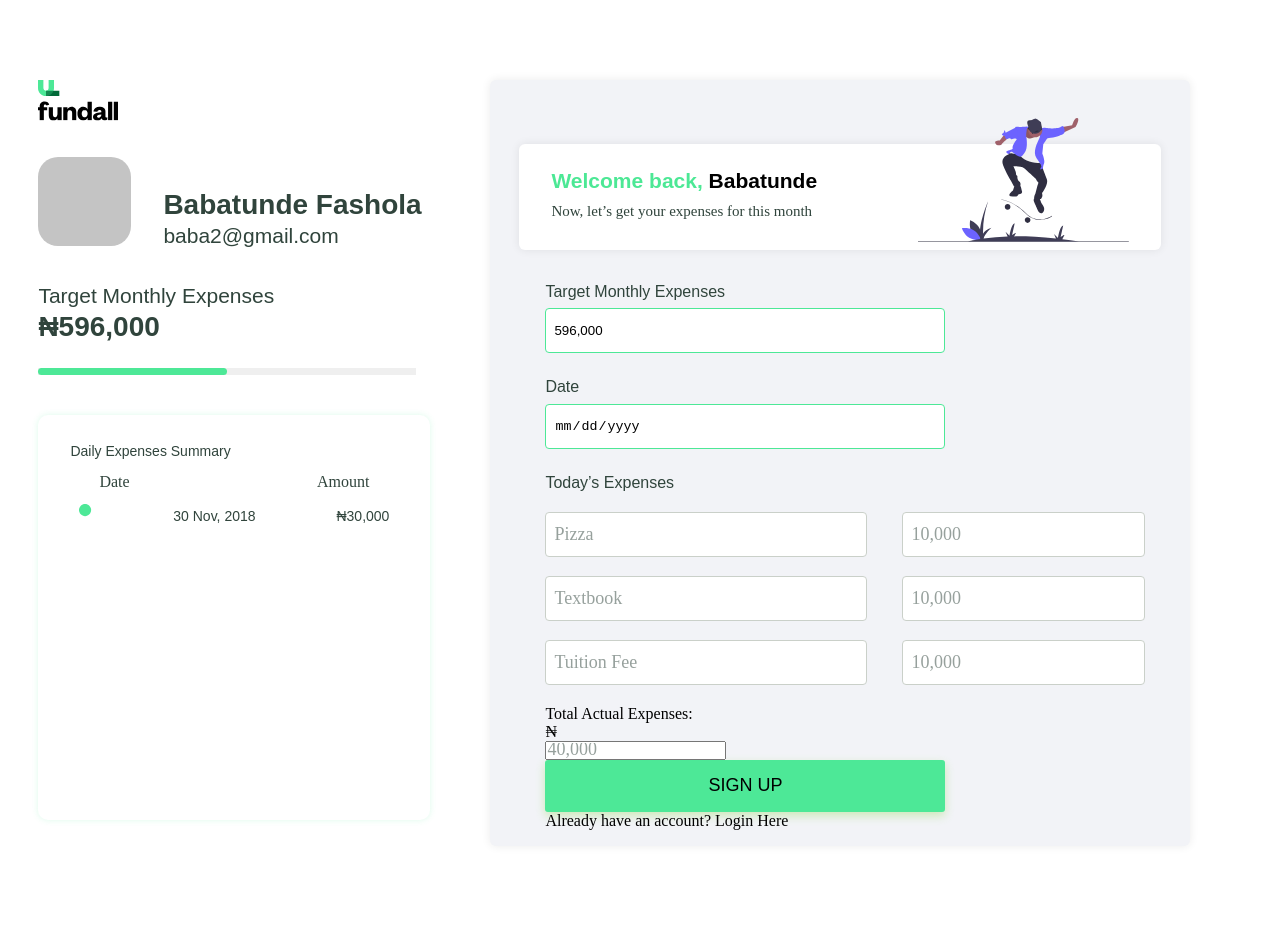
Repository: nilesjamex/niffty
Page: /dashboard
An editor plug-in stored every save of this project. The page is shown before and after the next save, followed by the edit.
The browser window is 1280 px wide. The pictures show the whole page.
The project was rebuilt for these pictures with package versions that can differ from the ones it lists, and the page was loaded fresh each time. Also part of the build but not shown: src/components/Nav.vue, src/views/Home.vue, src/views/SignUp.vue, src/views/Login.vue.

Above is the page before, as saved 2022-04-17 10:38:37.

### src/main.js
import { createApp } from 'vue'
import App from './App.vue'
import router from './router'
import '@/styles/global.scss'

createApp(App).use(router).mount('#app')

### src/App.vue
<template>

  <router-view/>
</template>
<script>
// @ is an alias to /src

export default {
  components: {
  }
}
</script>
<style lang="scss">


#nav {
  padding: 30px;

  a {
    font-weight: bold;
    color: #2c3e50;

    &.router-link-exact-active {
      color: #42b983;
    }
  }
}
</style>

### src/router/index.js
import { createRouter, createWebHistory } from 'vue-router'
import Home from '../views/Home.vue';
import SignUp from '../views/SignUp.vue';
import Login from '../views/Login.vue';
import Dashboard from '../views/Dashboard.vue';

const routes = [
  {
    path: '/',
    name: 'Home',
    component: Home
  },
  {
    path: '/signup',
    name: 'signup',
    component: SignUp
  },
  {
    path: '/login',
    name: 'login',
    component: Login
  },
  {
    path: '/dashboard',
    name: 'dashboard',
    component: Dashboard
  }
]

const router = createRouter({
  history: createWebHistory(process.env.BASE_URL),
  routes
})

export default router

### src/styles/global.scss
@import './variables';
@import './mixins.scss';
@import './_typography.scss';
* {
    margin: 0;
    padding: 0;
    box-sizing: border-box;
    max-width: 100vw;
}
@font-face {
    font-family: "CircularStd";
    src: local(CircularStd) url(../fonts/circular-std-medium-500.ttf) format(opentype);
}
input {
    outline: none;
}
button {
    border: none;
    outline: none;
}
a {
    color: inherit;
    text-decoration: none;
}
li {
    list-style: none;
}
.button--signup {
    width: 98.01px;
    height: 42px;
    background: $access-bg;
    border-radius: 10px;
    @include flex(center, center);
    @include access {

    }
}
.button--submit {
    width: 400px;
    height: 52px;
    background: #4DE897;
    box-shadow: 0px 4px 10px rgba(118, 212, 45, 0.3);
    border-radius: 3px;
    @include flex(center, center);
    @include access;
}

### src/views/Dashboard.vue
<template>
   <section class="signup">
      <div class="signup--box">
          <div class="signup--intro">
              <div class="signup--intro--logo">
                  <img src="@/assets/logo.svg" alt="">
              </div>
              <div class="signup--intro--content">
                  <div class="signup--intro--content--profile">
                    <div class="signup--intro--content--profile--image">
                      <img src="@/assets/pfp.svg" alt="">
                    </div>
                    <div class="signup--intro--content--profile--text">
                      <h4>
                        Babatunde Fashola
                      </h4>
                      <p>
                        baba2@gmail.com
                      </p>
                    </div>
                  </div>
                  <div class="signup--intro--content--expense">
                    <p>
                      Target Monthly Expenses
                    </p>
                    <h2>
                      ₦596,000
                    </h2>
                    <div class="percent">
                      <div class="line1"></div>
                      <div class="line2"></div>
                    </div>
                  </div>
                  <div class="signup--intro--content--tab">
                    <p>
                      Daily Expenses Summary
                    </p>
                    <div class="signup--intro--content--tab--summary">
                      <div class="signup--intro--content--tab--summary--heading">
                        <p>Date</p>
                      <p>Amount</p>
                      </div>
                      <div class="signup--intro--content--tab--summary--content">
                        <svg width="13" height="13" viewBox="0 0 13 13" fill="none" xmlns="http://www.w3.org/2000/svg">
<path fill-rule="evenodd" clip-rule="evenodd" d="M6.06372 12.1274C9.41262 12.1274 12.1274 9.41262 12.1274 6.06372C12.1274 2.71482 9.41262 0 6.06372 0C2.71482 0 0 2.71482 0 6.06372C0 9.41262 2.71482 12.1274 6.06372 12.1274Z" fill="#4DE897"/>
</svg>
                        <p>30 Nov, 2018</p>
                      <p>₦30,000</p>
                      </div>
                    </div>
                  </div>
              </div>
          </div>
          <!-- form -->
          <div class="signup--form">
            <div class="signup--form--welcome">
              <div class="signup--form--welcome--text">
                <h2>
                  <span>Welcome back,</span> Babatunde
                </h2>
                <p>
                  Now, let’s get your expenses for this month
                </p>
              </div>
              <div class="signup--form--welcome--image">
                <img src="@/assets/boy.svg" alt="">
              </div>
            </div>
              <form action="">
                  <div class="signup--form--container">

                      <div class="signup--form--input">
                          <label>Target Monthly Expenses</label>
                          <input type="text" value="596,000" readonly placeholder="Enter Email" id="">
                      </div>
                      <div class="signup--form--input">
                          <label>Date</label>
                          <input id="datepicker" type="date" name="" value="04/08/2022" readonly>
                      </div>
                          <label for="">Today’s Expenses</label>
                       <div class="signup--form--name--box">
                          <div class="signup--form--name">
                              <input type="text" placeholder="Pizza" id="">
                          </div>
                          <div class="signup--form--name">
                              <input type="number" name="" placeholder="10,000" id="">
                          </div>
                      </div>
                       <div class="signup--form--name--box">
                          <div class="signup--form--name">
                              <input type="text" placeholder="Textbook" id="">
                          </div>
                          <div class="signup--form--name">
                              <input type="number" name="" placeholder="10,000" id="">
                          </div>
                      </div>
                      <div class="signup--form--name--box">
                          <div class="signup--form--name">
                              <input type="text" placeholder="Tuition Fee" id="">
                          </div>
                          <div class="signup--form--name">
                              <input type="number" name="" placeholder="10,000" id="">
                          </div>
                      </div>
                      <div class="actual--expense">
                        <div class="actual--expense--text">
                          <p>
                            Total Actual Expenses:
                          </p>
                        </div>
                        <div class="actual--expense--input">
                          <p>₦</p><input type="number" placeholder="40,000">
                        </div>
                      </div>
                      <button class="button--submit">
                          SIGN UP
                      </button>
                      <div class="signup--form--login">
                          <p>
                              Already have an account? <span><a href="/login">Login Here</a></span>
                          </p>
                      </div>
                  </div>
              </form>
          </div>
      </div>
  </section>
</template>

<script>
export default {

}
</script>

<style scoped lang="scss">
@import '@/styles/mixins.scss';
@import '@/styles/_variables.scss';
@import '@/styles/_typography.scss';
.signup {
    padding: 5rem 7% 5rem 3%;
    background: #FFFFFF;
}
.signup--box {
    @include flex(space-between,);
}
.signup--intro--content {
    width: 392px;
    margin-top: 2rem;
    text-align: center;
}
.signup--intro--content--profile {
  display: flex;
  gap: 2rem;
}
.signup--intro--content--profile--text {
  align-self: flex-end;
  text-align: left;
  h4 {
    @include name;
  }
  p {
    margin: 0rem 0 0.05rem 0;
    @include email;
  }
}
.signup--intro--content--expense {
  margin-top: 2rem;
  text-align: left;
  p {
    @include email;
  }
  h2 {
    @include name;
  }
}
.percent {
  width: 378px;
  position: relative;
  height: 7px;
  border-radius: 10px;
  margin: 1.5rem 0 2.5rem 0;
  .line1 {
    width: 100%;
    height: 7px;
    background: #EFEFEF;
    position: absolute;
  }
  .line2 {
    position: absolute;
    z-index: 2;
    height: 7px;
    width: 50%;
    background: #4DE897;
    border-radius: 10px;
  }
}
.signup--intro--content--tab {
  background: #FFFFFF;
  box-shadow: 0px 0px 6px rgba(77, 232, 151, 0.19);
  border-radius: 10px;
  width: 392px;
  height: 405px;
  padding: 1rem 2rem;
  p {
    text-align: left;
    margin-top: 0.7rem;
    @include expense {

    }
  }
}
.signup--intro--content--tab--summary {
  width: 310px;
  margin: 0 auto;
}
.signup--intro--content--tab--summary--heading {
  margin-top: 1.5rem;
  width: 270px;
  margin: 0 auto;
  @include flex(space-between,);
  p {
    @include login {
      color: #30443C;
    }
  }
}
.signup--intro--content--tab--summary--content {
  @include flex(space-between, center);
  height: 35px;
  svg {
    margin: auto 0;
  }
}
/* form */
.signup--form {
  background: #F2F3F7;
  box-shadow: 0px 0px 10px rgba(0, 0, 0, 0.082937);
  border-radius: 6px;
  width: 700px;
  height: 766px;
  padding: 2rem 1rem;
}
.signup--form--welcome {
  width: 642px;
  height: 106px;
  background: #FFFFFF;
  box-shadow: 0px 0px 10px rgba(0, 0, 0, 0.082937);
  border-radius: 6px;
  margin: 2rem auto;
  padding: 0 2rem;
  display: flex;
  justify-content: space-between;
  position: relative;
}
.signup--form--welcome--text {
  align-self: center;
  h2 {
    @include email {
      color: #000000;
        }
        span {
             @include email {
            color: $access-bg;
        }
        }
  }
  p {
    margin: 0.5rem 0;
    @include expense--input;
  }
}
.signup--form--welcome--image {
  position: relative;
  bottom: 25%;
}
form {
  width: 590px;
  margin: 0 auto;
}
label {
    display: block;
    margin: 0.4rem 0;
    @include input {
        font-size: 16px;
        line-height: 20px;
        color: #30443C;
    }
}
::placeholder {
    @include placeholder;
}
.signup--form--input {
    margin: 1.5rem 0;
    input {
    width: 400px;
    height: 45px;
    background: #FFFFFF;
    border: 1px solid #4DE897;
    box-sizing: border-box;
    border-radius: 4px;
    padding: 0.5rem;
    }
}
.signup--form--name--box {
    width: 600px;
    @include flex(space-between,);
    margin: 1.2rem 0;
    input[type = text] {
        background: #FFFFFF;
        border: 1px solid #CAD0C9;
        box-sizing: border-box;
        border-radius: 4px;
        width: 322px;
        height: 45px;
        padding: 0.5rem;
        @include input;
    }
    input[type = number] {
        background: #FFFFFF;
        border: 1px solid #CAD0C9;
        box-sizing: border-box;
        border-radius: 4px;
        width: 243px;
        height: 45px;
        padding: 0.5rem;
        @include input;
    }
}
/* remove arrow on numbers */
input[type=number]::-webkit-inner-spin-button,
input[type=number]::-webkit-outer-spin-button {
  -webkit-appearance: none;
  margin: 0;
}
/* for firefox */
input[type=number] {
  -moz-appearance: spinner-textfield;
}
</style>

### src/styles/_variables.scss
// colors
$access-bg: #4CE895;

### src/styles/mixins.scss
@mixin flex($justify: flex-start, $align: flex-start) {
    display: flex;
    justify-content: $justify;
    align-items: $align;
}

### src/styles/_typography.scss
@mixin access {
    font-family: 'CircularStd', sans-serif;
    font-size: 1.125rem;
    line-height: 23px;
    color: #000000;
    @content;
}
@mixin heading1 {
    font-family: 'CircularStd', sans-serif;
    font-size: 2.5rem;
    line-height: 51px;
    color: #000000;
    @content;
}
@mixin heading2 {
    font-family: 'CircularStd', sans-serif;
    font-size: 1.5rem;
    line-height: 30px;
    color: #000000;
    @content;
}
@mixin caption {
    font-family: 'CircularStd', sans-serif;
    font-size: 1.3rem;
    line-height: 27px;
    color: #000000;
    @content;
}
@mixin input {
    font-family: 'CircularStd', sans-serif;
    font-style: normal;
    font-size: 18px;
    line-height: 23px;
    color: #30443C;
    @content;
}
@mixin placeholder {
    font-family: 'Nunito Sans';
    font-style: normal;
    font-weight: 400;
    font-size: 18px;
    line-height: 25px;
    color: #30443C;
    mix-blend-mode: normal;
    opacity: 0.5;
    @content;
}
@mixin login {
    font-family: 'Nunito Sans';
    font-style: normal;
    font-weight: 400;
    font-size: 16px;
    line-height: 22px;
    color: #1B2420;
    @content;
}
@mixin holla {
    font-family: 'CircularStd', sans-serif;
    font-style: normal;
    font-size: 34px;
    line-height: 43px;
    color: #1B2420;
    @content;
}
@mixin holla-sign {
    font-family: 'CircularStd', sans-serif;
    font-style: normal;
    font-size: 20px;
    line-height: 25px;
    color: #30443C;
    @content;
}
@mixin name {
    font-family: 'CircularStd', sans-serif;
    font-style: normal;
    font-size: 28px;
    line-height: 35px;
    color: #30443C;
    @content;
}
@mixin email {
    font-family: 'CircularStd', sans-serif;
    font-style: normal;
    font-size: 21px;
    line-height: 27px;
    color: #30443C;
    @content;
}
@mixin expense {
    font-family: 'CircularStd', sans-serif;
    font-style: normal;
    font-size: 14px;
    line-height: 18px;
    color: #30443C;
    @content;
}
@mixin expense--input {
    font-style: normal;
    font-family: 'Founders Grotesk';
    font-size: 15px;
    line-height: 18px;
    color: #30443C;
    @content;
}

Loaded but not shown: public/index.html (common file)

After the next save:
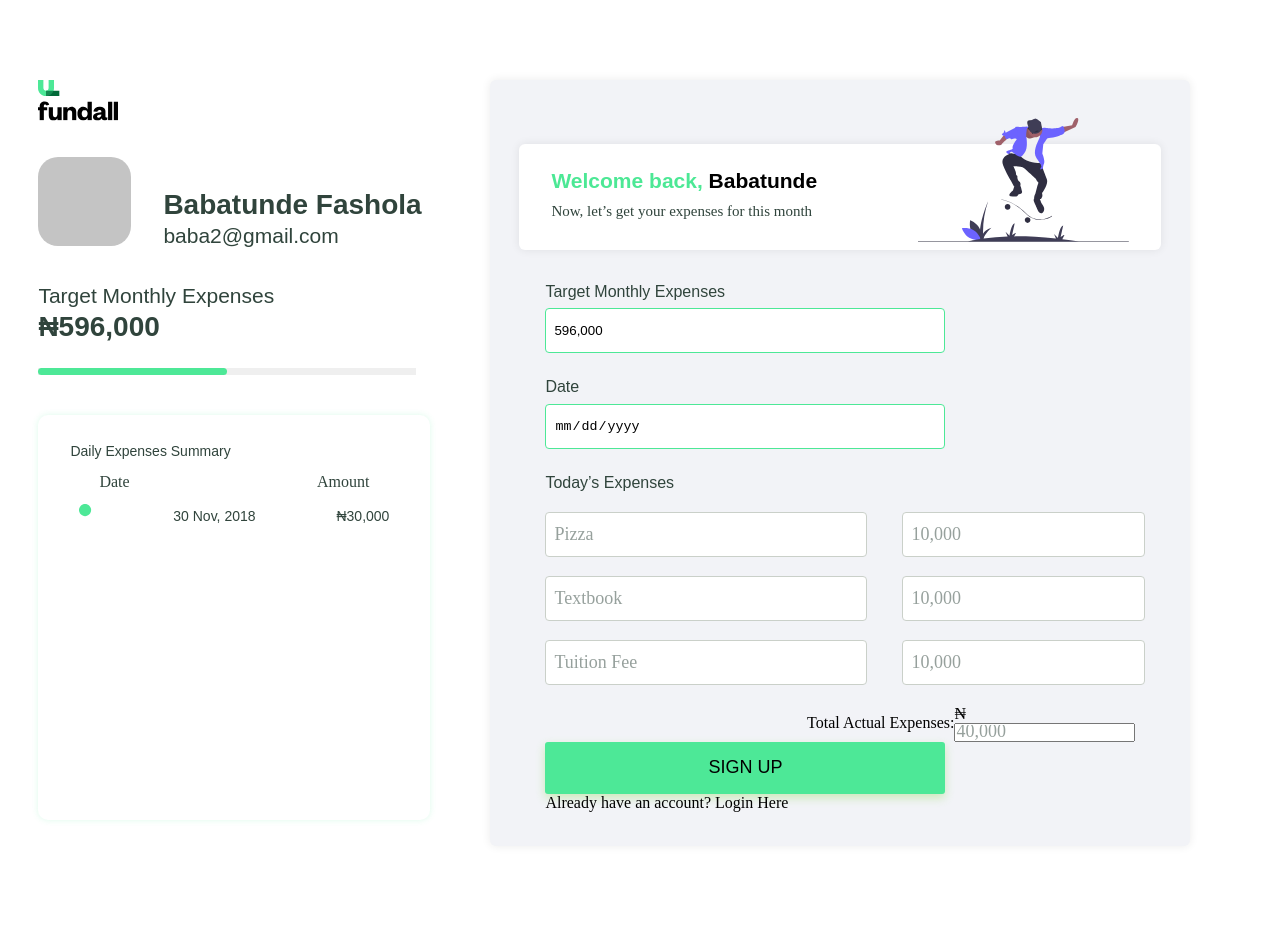
Saved 4 min 8 s later.
--- a/src/views/Dashboard.vue
+++ b/src/views/Dashboard.vue
@@ -327,6 +327,9 @@ label {
         @include input;
     }
 }
+.actual--expense {
+  @include flex(flex-end, center);
+}
 /* remove arrow on numbers */
 input[type=number]::-webkit-inner-spin-button,
 input[type=number]::-webkit-outer-spin-button {
